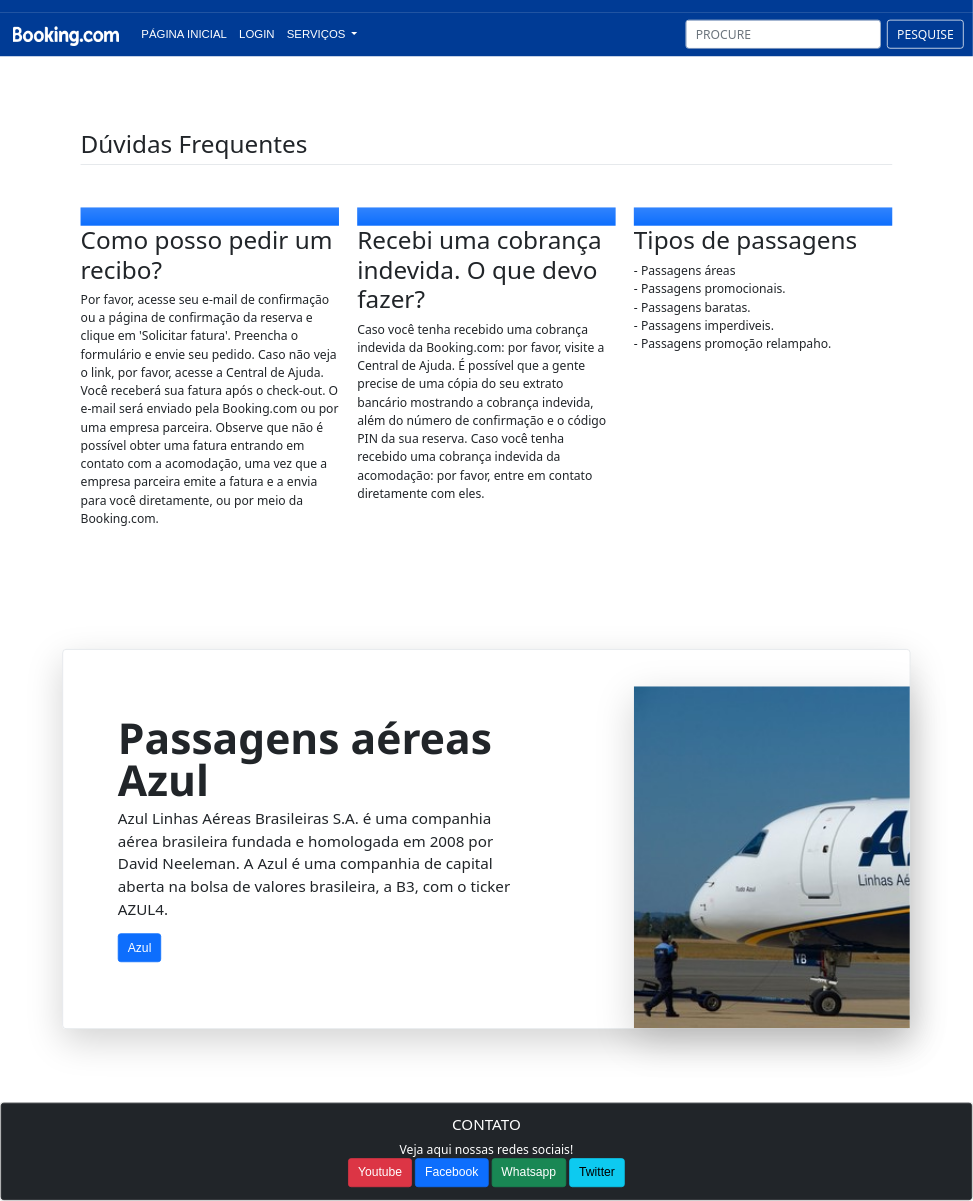
Repository: AnaLuizaDias/INB0243-
Page: faq.html
These files come from the project's save history. The page is drawn as it stood at one moment and after the next save; the edit follows.
The browser window is 1280 px wide. The pictures show the whole page, at 76% of full size.

Above is the page before, as saved 2023-10-25 16:21:56.

### faq.html
<!DOCTYPE html>
<html lang="pt-br">
<head>
  <meta charset="UTF-8">
  <meta name="viewport" content="width=device-width, initial-scale=1.0">
  <title>Booking</title>
  <link rel='stylesheet' href="style.css">
  <script src="https://cdn.jsdelivr.net/npm/bootstrap@5.1.3/dist/js/bootstrap.bundle.min.js" integrity="sha384-ka7Sk0Gln4gmtz2MlQnikT1wXgYsOg+OMhuP+IlRH9sENBO0LRn5q+8nbTov4+1p" crossorigin="anonymous"></script>
  <link href="https://cdn.jsdelivr.net/npm/bootstrap@5.1.3/dist/css/bootstrap.min.css" rel="stylesheet" integrity="sha384-1BmE4kWBq78iYhFldvKuhfTAU6auU8tT94WrHftjDbrCEXSU1oBoqyl2QvZ6jIW3" crossorigin="anonymous">
</head>
<body style="background-color:white;">

  <nav class="navbar navbar-expand-lg navbar-light cor1 ">
    <div class="container-fluid 4">
    </div>
  </nav>

  <nav class="navbar navbar-expand-lg navbar-light cor1 ">
    <div class="container-fluid 4">
      <img src="images/booking.png" alt="Imagem" height="42" width="150">
      <a class="navbar-brand text-white" href=""></a>
      <button class="navbar-toggler" type="button" data-bs-toggle="collapse" data-bs-target="#navbarScroll"
        aria-controls="navbarScroll" aria-expanded="false" aria-label="Toggle navigation">
        <span class="navbar-toggler-icon"></span>
      </button>
      <div class="collapse navbar-collapse" id="navbarScroll">
        <ul class="navbar-nav me-auto my-2 my-lg-0 navbar-nav-scroll" style="--bs-scroll-height: 100px;">
          <li class="nav-item">
            <a class="nav-link active text-white" aria-current="page" href="index.html">PÁGINA INICIAL</a>
          </li>
          <li class="nav-item teste">
            <a class="nav-link text-white" href="login.html">LOGIN</a>
          </li>
          <li class="nav-item dropdown">
            <a class="nav-link dropdown-toggle text-white" href="#" id="navbarScrollingDropdown" role="button"
              data-bs-toggle="dropdown" aria-expanded="false">
              SERVIÇOS
            </a>
            <ul class="dropdown-menu " aria-labelledby="navbarScrollingDropdown">
              <li><a class="dropdown-item " href="pass.html">PASSAGENS</a></li>
              <li><a class="dropdown-item" href="hot.html">HOSPEDAGEM</a></li>
              <li><a class="dropdown-item" href="loc.html">LOCOMOÇÃO</a></li>
              <li><a class="dropdown-item" href="localizacao.html">LOCALIZAÇÃO</a></li>
              <li><a class="dropdown-item" href="faq.html">FAQ</a></li>
              <li><a class="dropdown-item" href="contato.html">CONTATO</a></li>
              <li>
                <hr class="dropdown-divider">
              </li>
              <li><a class="dropdown-item" href="relat.html">EXPERIÊNCIAS</a></li>
            </ul>
          </li>
          <li class="nav-item text-white">
            <a class="nav-link disabled"></a>
          </li>
        </ul>
        <form class="d-flex">
          <input class="form-control me-2" type="search" placeholder="PROCURE" aria-label="Search">
          <button class="btn btn-outline-light" type="submit">PESQUISE</button>
        </form>

      </div>
    </div>
  </nav>
  <br><br>

  <main class="container">


    <h1 class="visually-hidden"></h1>

    <div class="container px-4 py-5" id="featured-3">
      <h2 class="pb-2 border-bottom">Dúvidas Frequentes </h2>
      <div class="row g-4 py-5 row-cols-1 row-cols-lg-3">
        <div class="feature col">
          <div class="feature-icon bg-primary bg-gradient">
            <svg class="bi" width="1em" height="1em"><use xlink:href="#collection"/></svg>
          </div>
          <h2>Como posso pedir um recibo?</h2>
          <p> Por favor, acesse seu e-mail de confirmação ou a página de confirmação da reserva e clique em 'Solicitar fatura'. Preencha o formulário e envie seu pedido. Caso não veja o link, por favor, acesse a Central de Ajuda.

            Você receberá sua fatura após o check-out. O e-mail será enviado pela Booking.com ou por uma empresa parceira.

            Observe que não é possível obter uma fatura entrando em contato com a acomodação, uma vez que a empresa parceira emite a fatura e a envia para você diretamente, ou por meio da Booking.com.</p>
        </div>
        <div class="feature col">
          <div class="feature-icon bg-primary bg-gradient">
            <svg class="bi" width="1em" height="1em"><use xlink:href="#people-circle"/></svg>
          </div>
          <h2>Recebi uma cobrança indevida. O que devo fazer?</h2>
          <p> Caso você tenha recebido uma cobrança indevida da Booking.com: por favor, visite a Central de Ajuda. É possível que a gente precise de uma cópia do seu extrato bancário mostrando a cobrança indevida, além do número de confirmação e o código PIN da sua reserva.

            Caso você tenha recebido uma cobrança indevida da acomodação: por favor, entre em contato diretamente com eles.</p>
        </div>
        <div class="feature col">
          <div class="feature-icon bg-primary bg-gradient">
            <svg class="bi" width="1em" height="1em"><use xlink:href="#toggles2"/></svg>
          </div>
          <h2>Tipos de passagens</h2>
          <p> - Passagens áreas <br> - Passagens promocionais. <br> - Passagens baratas.
          <br> - Passagens imperdiveis. <br> - Passagens promoção relampaho.</p>
        </div>
      </div>
    </div>


    <div class="b-example-divider bg-dark"></div>

    <div class="container my-5">
      <div class="row p-4 pb-0 pe-lg-0 pt-lg-5 align-items-center rounded-3 border shadow-lg">
        <div class="col-lg-7 p-3 p-lg-5 pt-lg-3">
          <h1 class="display-4 fw-bold lh-1">Passagens aéreas Azul</h1>
          <p class="lead">Azul Linhas Aéreas Brasileiras S.A. é uma companhia aérea brasileira fundada e homologada em 2008 por David Neeleman. A Azul é uma companhia de capital aberta na bolsa de valores brasileira, a B3, com o ticker AZUL4. </p>
          <div class="d-grid gap-2 d-md-flex justify-content-md-start mb-4 mb-lg-3">
            <a href="https://www.googleadservices.com/pagead/aclk?sa=L&ai=DChcSEwiCtpfPvcX1AhWDDpEKHXU0BaUYABACGgJjZQ&ae=2&ohost=www.google.com&cid=CAESQOD2kdx0uKtHt3pW-_57IEHfIdakt9N7hQ_teyo3nviysd4l1PIcTcP2HpqLubWQ33igfkXqAMJCFxCNtnen8Ug&sig=AOD64_0gw1B451puUM1QPdPd3fy6hif-Gg&q&nis=1&adurl&ved=2ahUKEwiktJDPvcX1AhVCGbkGHeVqAKgQ0Qx6BAgEEAE" class="btn btn-primary">Azul</a>
          </div>
        </div>
        <div class="col-lg-4 offset-lg-1 p-0 overflow-hidden shadow-lg">
            <img class="rounded-lg-3" src="images/azul.jpg" alt="" width="720">
        </div>
      </div>
    </div>
</main>
  <br><br>

  <div class="card text-center ">
    <div class="card-body btn btn-dark">
      <h5 class="card-title">CONTATO</h5>
      <p class="card-text">Veja aqui nossas redes sociais!<br>
      <a href="https://www.youtube.com/?hl=pt&gl=BR" class="btn btn-danger">Youtube</a>
      <a href="https://pt-br.facebook.com/" class="btn btn-primary">Facebook</a>
      <a href="https://web.whatsapp.com/" class="btn btn-success">Whatsapp</a>
      <a href="https://twitter.com/login?lang=pt" class="btn btn-info">Twitter</a>
    </div>
  </div>
</body>

### style.css
@import url('https://fonts.googleapis.com/css2?family=Bangers&display=swap');
@import url('https://fonts.googleapis.com/css2?family=Bangers&family=Bebas+Neue&display=swap');
@import url('https://fonts.googleapis.com/css2?family=Karla:ital,wght@1,300&display=swap');
.li {
    color: white;
}
.cor1{
    background-color: #003B95;
}
.cor2{
    background-color: #544eff;
}

body{
    background-color: #544eff ;
}
.cor3{
    background-color: #8F8CDB;
}
.teste {
    font-family: Arial, sans;
    color:white;
}

a{
    font-family:Arial, Helvetica, sans-serif;
    font-size:15px;
}
.navbar-brand {
    font-size: 30px;
}
cardy-body{
    padding: 20px;
}
.card1{
   width: 30%;
}
.foto1{
    width:50%;
}
.direita{
    float: right;
    width: 50%;
    padding-left: 5%;
    text-align: justify;
}
.esquerda{
    text-align: justify;
}
.form-signin {
    width: 100%;
    max-width: 330px;
    padding: 15px;
    margin: auto;
    font-family:'Times New Roman', Times, serif
  }

  .form-signin .checkbox {
    font-weight: 400;
  }

  .form-signin .form-floating:focus-within {
    z-index: 2;
  }

  .form-signin input[type="email"] {
    margin-bottom: -1px;
    border-bottom-right-radius: 0;
    border-bottom-left-radius: 0;
  }

  .form-signin input[type="password"] {
    margin-bottom: 10px;
    border-top-left-radius: 0;
    border-top-right-radius: 0;
  }
  h1, label{
    font-family: 'Segoe UI', Tahoma, Geneva, Verdana, sans-serif;
 }

 .cor{
     color: #fff;
 }
 .font{
     font-family: 'Segoe UI', Tahoma, Geneva, Verdana, sans-serif;
 }
 .conta{
    padding: 20px;
 }
 .ola{
    padding:20px;
 }
.formulario{
    padding:20px;
}
h3{
    text-align: center;
    font-family:Arial, Helvetica, sans-serif;
    font-size: 20px;
}

 .localizacao{
    align-content: center;
    padding-left: 30px;
 }

After the next save:
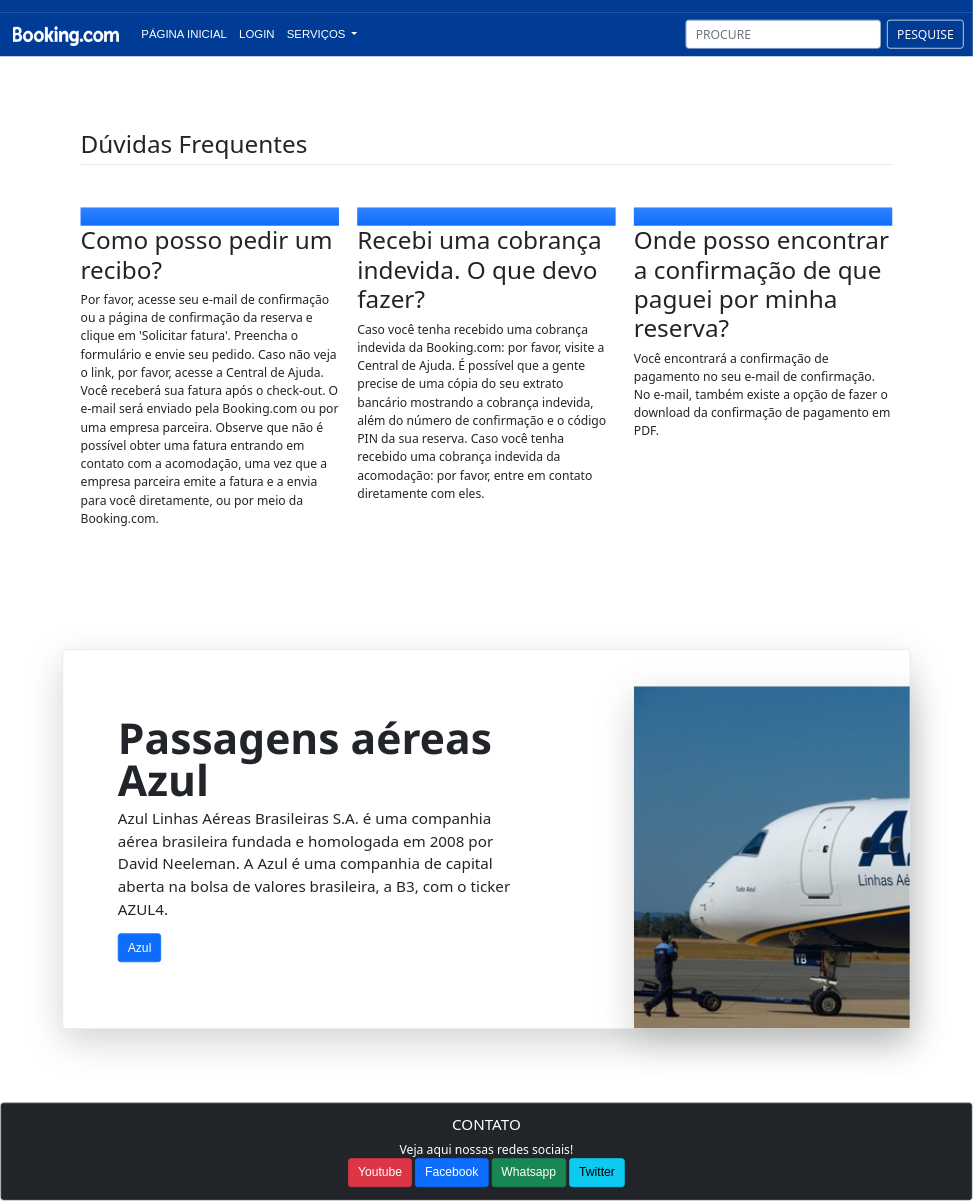
Saved 72 s later.
--- a/faq.html
+++ b/faq.html
@@ -95,9 +95,8 @@
           <div class="feature-icon bg-primary bg-gradient">
             <svg class="bi" width="1em" height="1em"><use xlink:href="#toggles2"/></svg>
           </div>
-          <h2>Tipos de passagens</h2>
-          <p> - Passagens áreas <br> - Passagens promocionais. <br> - Passagens baratas.
-          <br> - Passagens imperdiveis. <br> - Passagens promoção relampaho.</p>
+          <h2>Onde posso encontrar a confirmação de que paguei por minha reserva?</h2>
+          <p>Você encontrará a confirmação de pagamento no seu e-mail de confirmação. No e-mail, também existe a opção de fazer o download da confirmação de pagamento em PDF.</p>
         </div>
       </div>
     </div>
